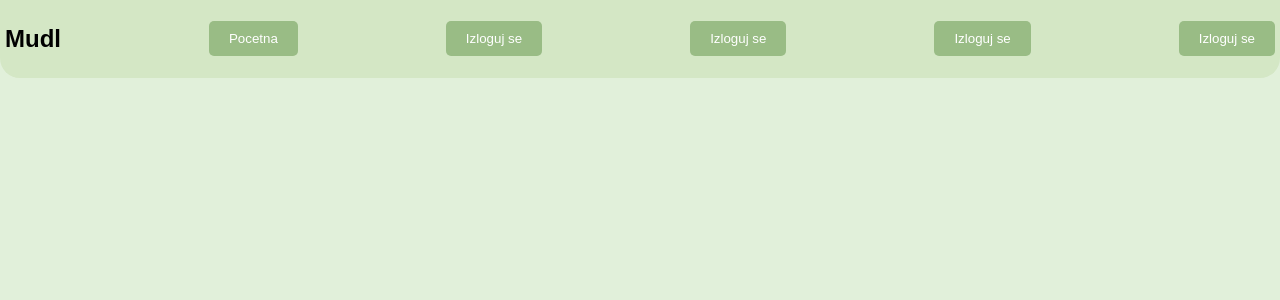
Repository: MarkoKillin/RazvojInformacionihSistemaProjekat
Page: http://localhost/MudlWeb/headers/admin_header.jsp
An editor plug-in stored every save of this project. The page is shown before and after the next save, followed by the edit.
The browser window is 1280 px wide. The pictures show the whole page.
The page is served by Tomcat 10.

Above is the page before, as saved 2024-01-28 17:41:31.

After the next save:
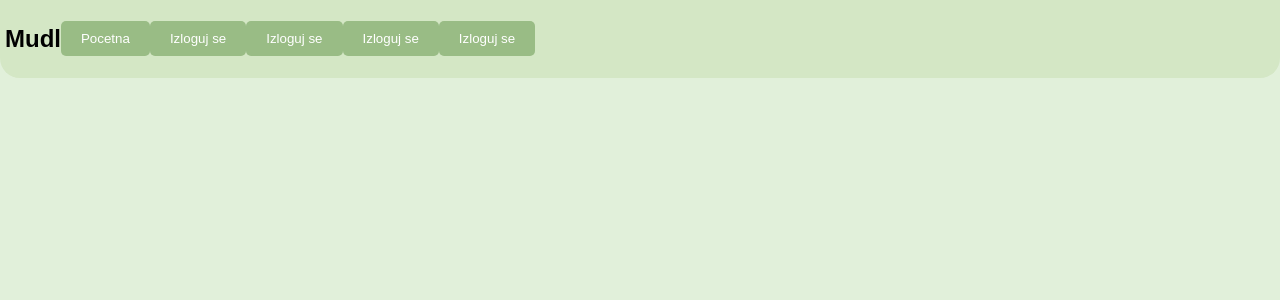
Saved 54 s later.
--- a/MudlWeb/src/main/webapp/css/styles.css
+++ b/MudlWeb/src/main/webapp/css/styles.css
@@ -20,16 +20,15 @@ header {
 	padding: 5px;
 	display: flex;
 	flex-direction: row;
-	justify-content: space-between;
 	align-items: center;
 	border-bottom-left-radius: 20px;
 	border-bottom-right-radius: 20px;
 }
 
 header nav {
-        display: flex;
-        flex-direction: row-reverse;
-    }
+    display: flex;
+	justify-content: right;
+}
 
 footer {
 	background-color: var(--secondary-color);
